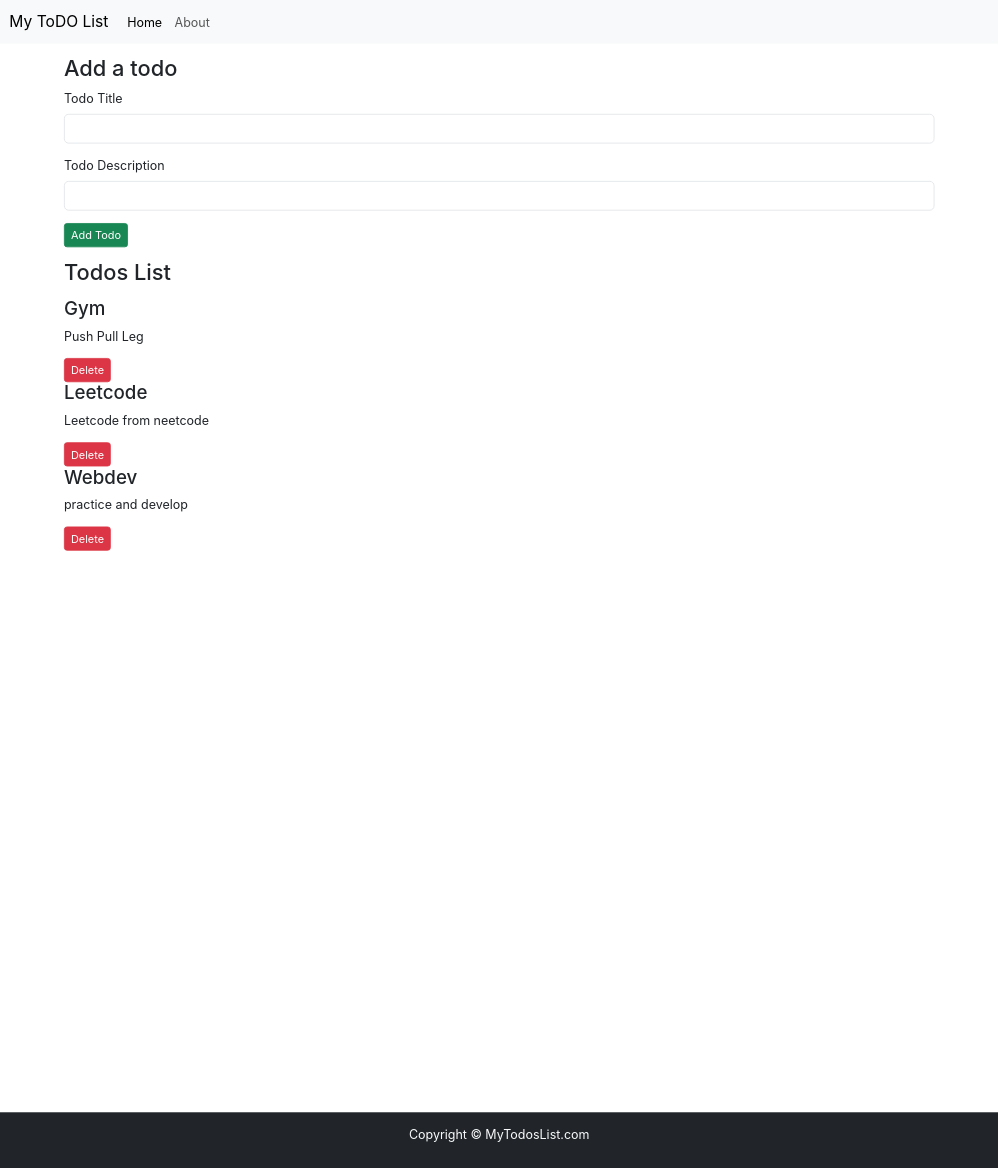
Repository: AshwinUgale/ToDoList
Page: /
The author's editor kept a copy of each file at every save. The page is drawn from the files as they stood at one save, then again after the next save.
The browser window is 1280 px wide. The pictures show the whole page, at 78% of full size.
The project was rebuilt for these pictures with package versions that can differ from the ones it lists, and the page was loaded fresh each time. Also part of the build but not shown: src/App.css.

Above is the page before, as saved 2024-12-21 17:23:05.

After the next save:
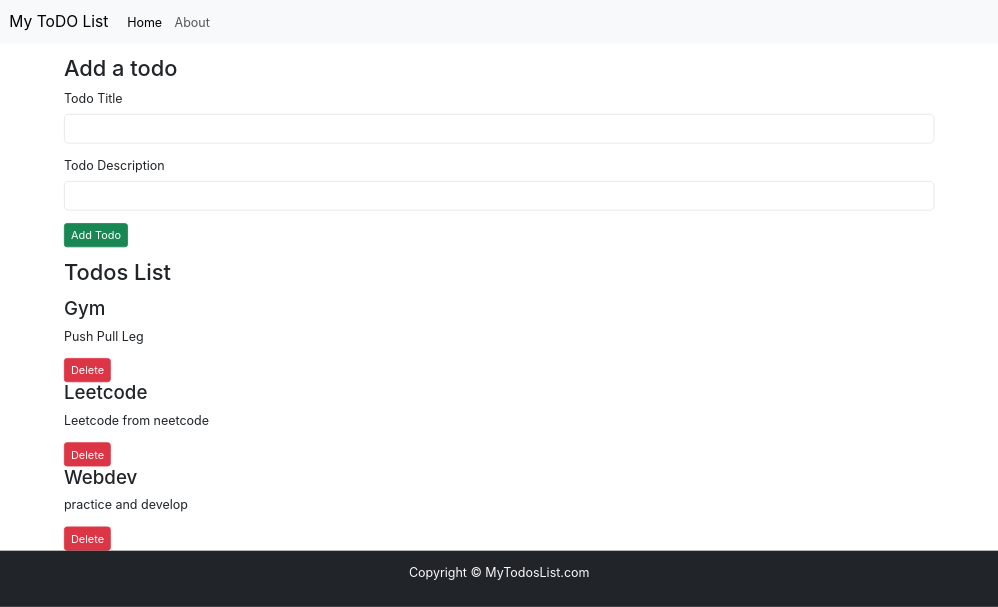
Saved 39 s later.
--- a/src/MyComponents/Footer.js
+++ b/src/MyComponents/Footer.js
@@ -3,7 +3,7 @@ import React from 'react'
 export const Footer = () => {
   let footerStyle = {
     position: "relative",
-    top: "100vh",
+    top: "70",
     width: "100%",
   }
   return (
